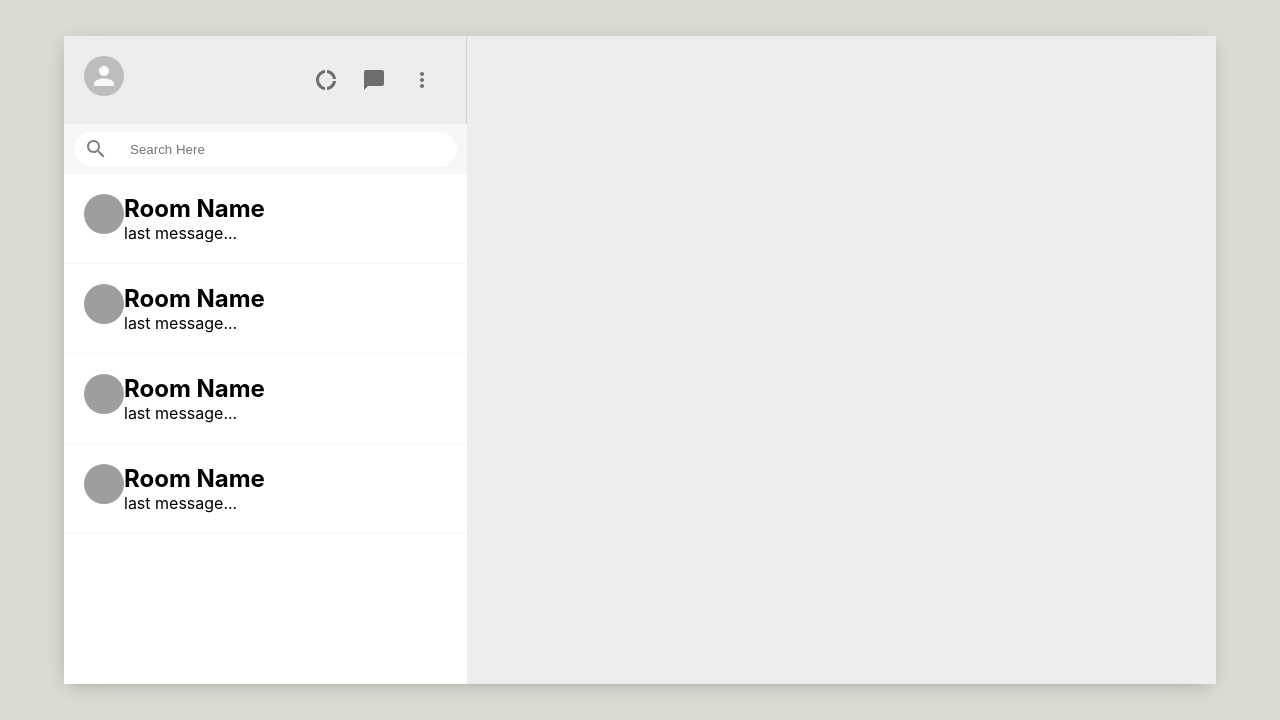
Repository: Prafullkuma/whatsappclon
Page: /
The author's editor kept a copy of each file at every save. The page is drawn from the files as they stood at one save, then again after the next save.
The browser window is 1280 px wide. The pictures show the whole page.
The pointer rests on the first visible `.sidebarChat`.
Pictures or frames that could not be fetched are drawn as grey boxes. The project was rebuilt for these pictures with package versions that can differ from the ones it lists, and the page was loaded fresh each time.

Above is the page before, as saved 2020-08-19 12:34:48.

### src/App.js
import React from 'react';
import './App.css';
import Sidebar from './Component/Sidebar'
function App() {
  return (
    <div className="app">
      <div className="app__body">
        <Sidebar />
      </div>
    </div>
  );
}

export default App;

### src/App.css
.app{
  background-color: #dadbd3;
  height: 100vh;
  display: grid;
  place-items: center;
}
.app__body{
  display: flex;
  height: 90vh;
  width: 90vw;
  background-color: #ededed;
  box-shadow: -1px 4px 20px -6px rgba(0, 0, 0, 0.3);
}

### src/Component/Sidebar.js
import React from 'react'
import { Avatar, IconButton } from '@material-ui/core';
import DonutLargeIcon from '@material-ui/icons/DonutLarge';
import ChatBubbleIcon from '@material-ui/icons/ChatBubble';
import MoreVertIcon from '@material-ui/icons/MoreVert';
import SearchIcon from '@material-ui/icons/Search';
import './Sidebar.css'
import SidebarChat from './Chat/SidebarChat';
function Slidebar() {
    return (
        <div className="sidebar">
            <div className="sidebar_header">
                <Avatar />
                <div className="sidebar_headerRight">
                    <IconButton>
                        <DonutLargeIcon />
                    </IconButton>
                    <IconButton>
                        <ChatBubbleIcon />
                    </IconButton>
                    <IconButton>
                        <MoreVertIcon />
                    </IconButton>
                </div>
            </div>
            <div className="sidebar_search">
                <div className="search_container">
                    <SearchIcon />
                    <input type="text"
                        placeholder="Search Here" />
                </div>
            </div>
            <div className="sidebar_chat">
                <SidebarChat />
                <SidebarChat />   <SidebarChat />   <SidebarChat />
            </div>
        </div >
    )
}

export default Slidebar

### src/Component/Sidebar.css
.sidebar{
 display: flex;
 flex-direction: column;
 flex: 0.35;
}
.sidebar_header{
    display: flex;
    justify-content: space-between;
    padding: 20px;
    border-right: 1px solid lightgray;
}
.sidebar_headerRight{
    display: flex;
    align-items: center;
    justify-content: space-between;
    min-width: 9vw;
}
.sidebar_headerRight>.MuiSvgIcon-root{
    margin-right: 2vw;
    font-size: 24px !important;
}
.sidebar_search{
    display: flex;
    align-items: center;
    background-color: #f6f6f6;
    height: 30px;
    padding: 10px;
}
.search_container{
display: flex;
align-items: center;
background-color: white;
width: 100%;
height: 35px;
border-radius: 20px;
}
.search_container>input{
    border: none;
    margin-left: 10px;
}
.search_container>.MuiSvgIcon-root{
    color: gray;
    padding: 10px;
}
.sidebar_chat{
    flex: 1;
    background-color: white;
    overflow: scroll;
}

### src/Component/Chat/SidebarChat.js
import React, { useState, useEffect } from 'react'
import './sidebarChat.css'
import { Avatar } from '@material-ui/core'
function SidebarChat() {
    const [seed, setSeed] = useState('')
    useEffect(() => {
        setSeed(Math.floor(Math.random() * 5000))
    }, [])
    return (
        <div className="sidebarChat">
            <Avatar src={`https://avatars.dicebear.com/api/human/${seed}.svg`} />
            <div className="sidebarchat_info">
                <h2>Room Name</h2>
                <p>last message...</p>
            </div>
        </div>
    )
}

export default SidebarChat

### src/Component/Chat/sidebarChat.css
.sidebarChat{
    display: flex;
    padding: 20px;
    cursor: pointer;
    border-bottom:1px solid #f6f6f6 ;
}
.sidebarchat_info{

}

Loaded but not shown: public/index.html (common file); src/index.js (common file); src/index.css (common file); public/manifest.json (common file)

After the next save:
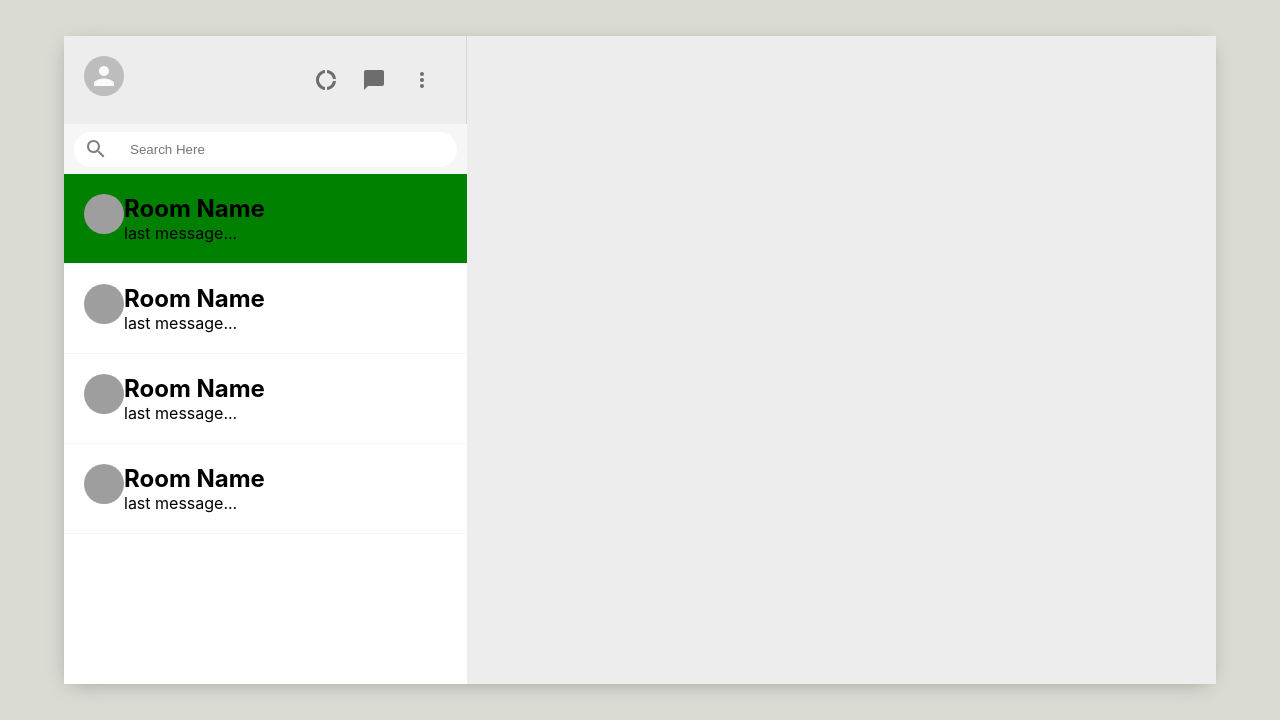
Saved 46 s later.
--- a/src/Component/Chat/sidebarChat.css
+++ b/src/Component/Chat/sidebarChat.css
@@ -4,6 +4,10 @@
     cursor: pointer;
     border-bottom:1px solid #f6f6f6 ;
 }
+.sidebarChat:hover{
+
+    background-color: green;
+}
 .sidebarchat_info{
 
 }
